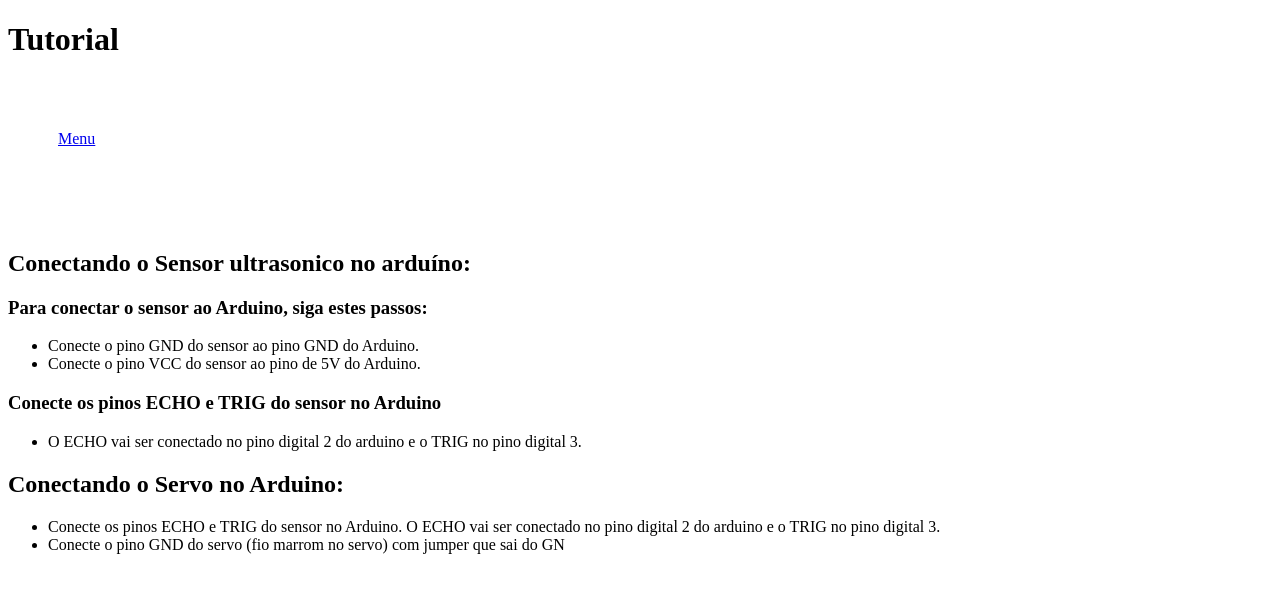
Repository: Eito2511/Site-tutorial-arduino
Page: tutorial.html
An editor plug-in stored every save of this project. The page is shown before and after the next save, followed by the edit.
The browser window is 1280 px wide. The pictures show the whole page.

Above is the page before, as saved 2025-06-03 18:31:57.

After the next save:
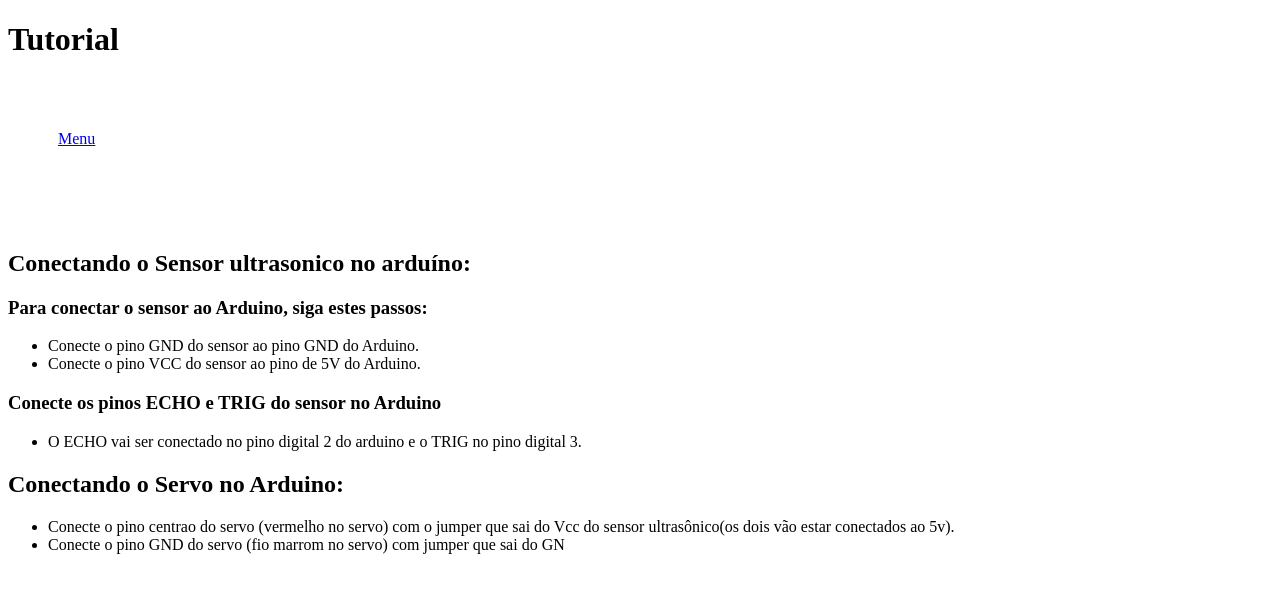
Saved 9 s later.
--- a/tutorial.html
+++ b/tutorial.html
@@ -31,8 +31,9 @@
       <h2>Conectando o Servo no Arduino:</h2>
       <ul>
         <li>
-          Conecte os pinos ECHO e TRIG do sensor no Arduino. O ECHO vai ser
-          conectado no pino digital 2 do arduino e o TRIG no pino digital 3.
+          Conecte o pino centrao do servo (vermelho no servo) com o jumper
+ que sai do Vcc do sensor ultrasônico(os dois vão estar conectados
+ ao 5v).
         </li>
         <li>
          Conecte o pino GND do servo (fio marrom no servo) com jumper que sai
